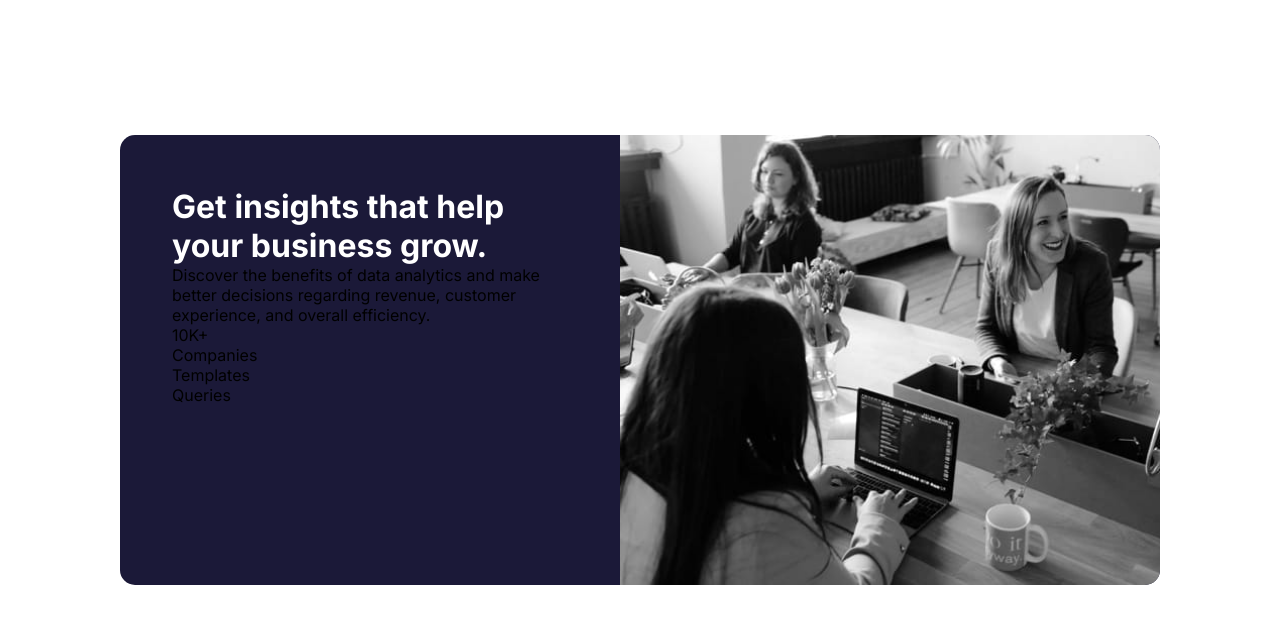
Repository: keisewarsame/stats-preview-frontendmentor
Page: index.html
These files come from the project's save history. The page is drawn as it stood at one moment and after a run of saves; the edit follows.
The browser window is 1280 px wide. The pictures show the whole page.

Above is the page before, as saved 2022-07-12 12:55:34.

After the next 3 saves:
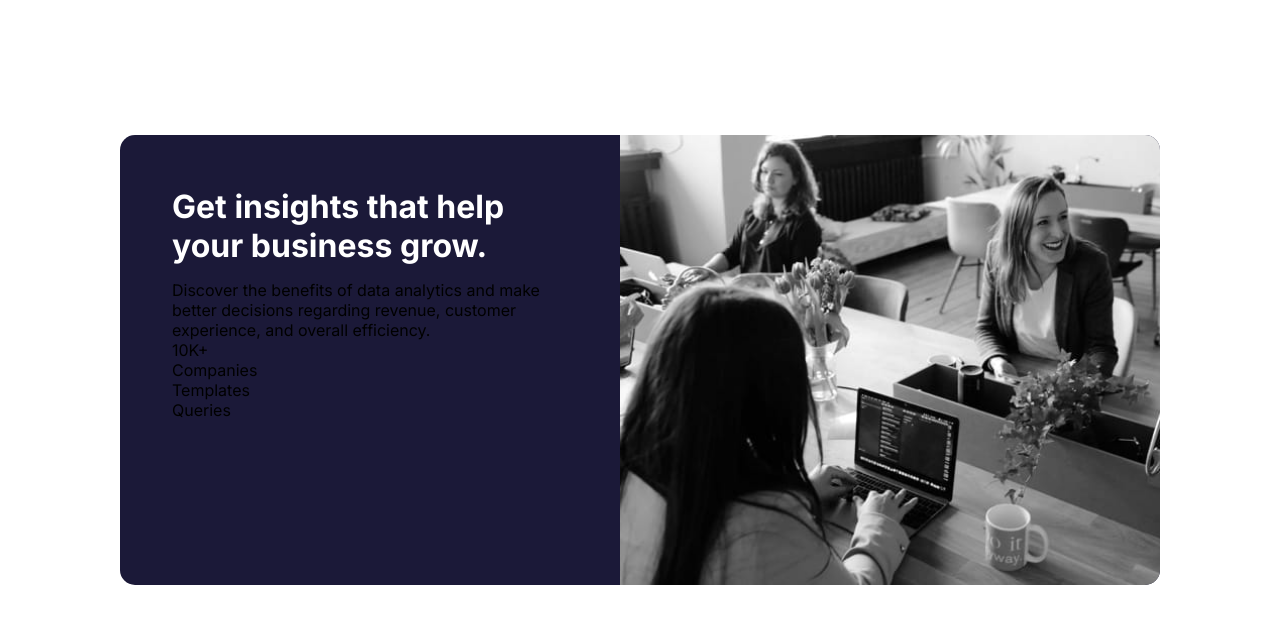
The 3 saves are shown as one change because they came seconds apart.
The last was saved 7 s later.
--- a/styles.css
+++ b/styles.css
@@ -30,7 +30,7 @@ body {
 
 .title {
     color: hsl(0, 0%, 100%);
-    mar
+    margin-bottom: 15px;
 }
 
 
